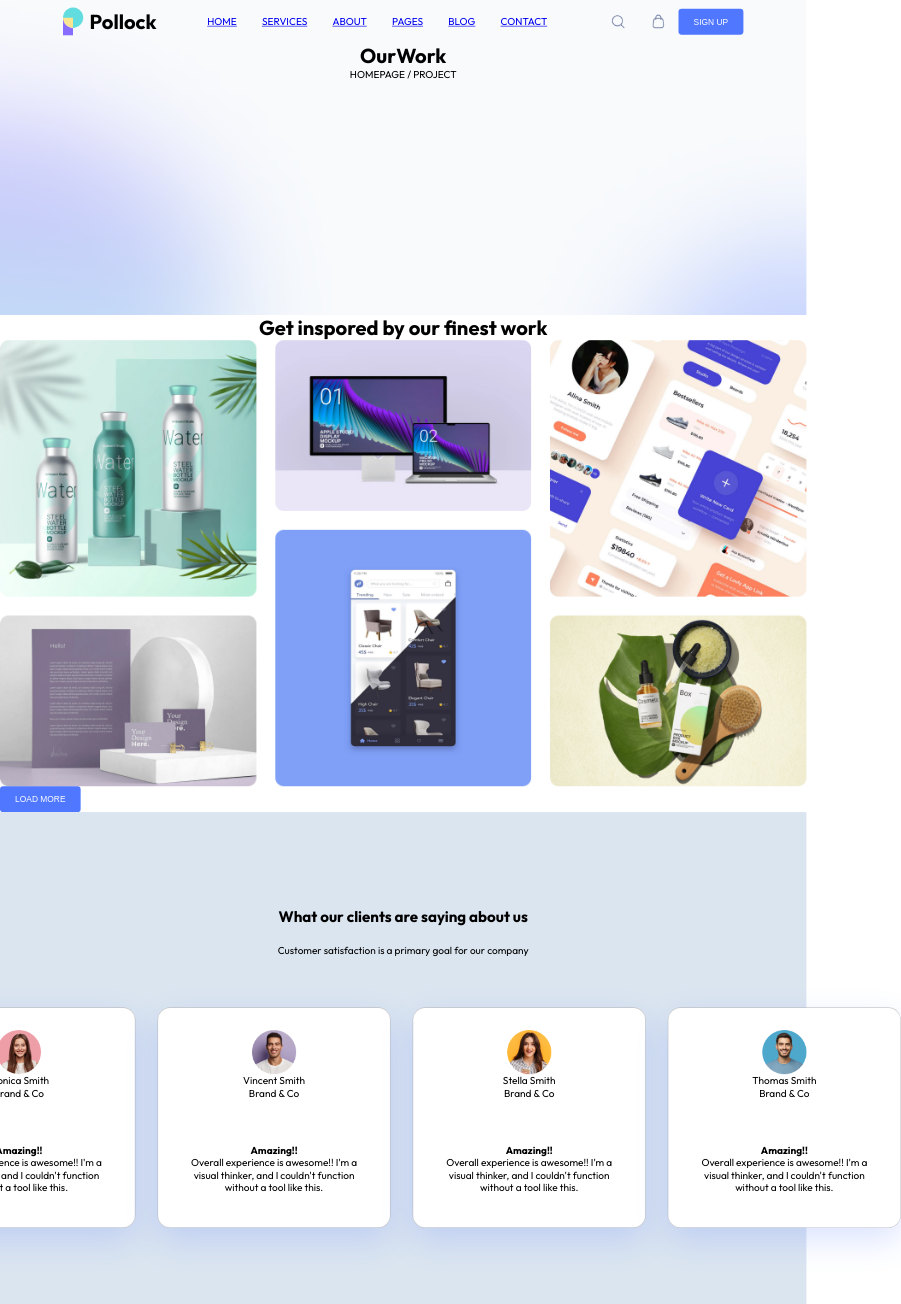
Repository: Nam936/exercises
Page: index.html
These files come from the project's save history. The page is drawn as it stood at one moment and after the next save; the edit follows.
The browser window is 1280 px wide. The page is 1430 px wide, so the pictures cover 1430 px, including what lies to the right of the window. The pictures show the whole page, at 63% of full size.

Above is the page before, as saved 2022-12-30 14:28:35.

After the next save:
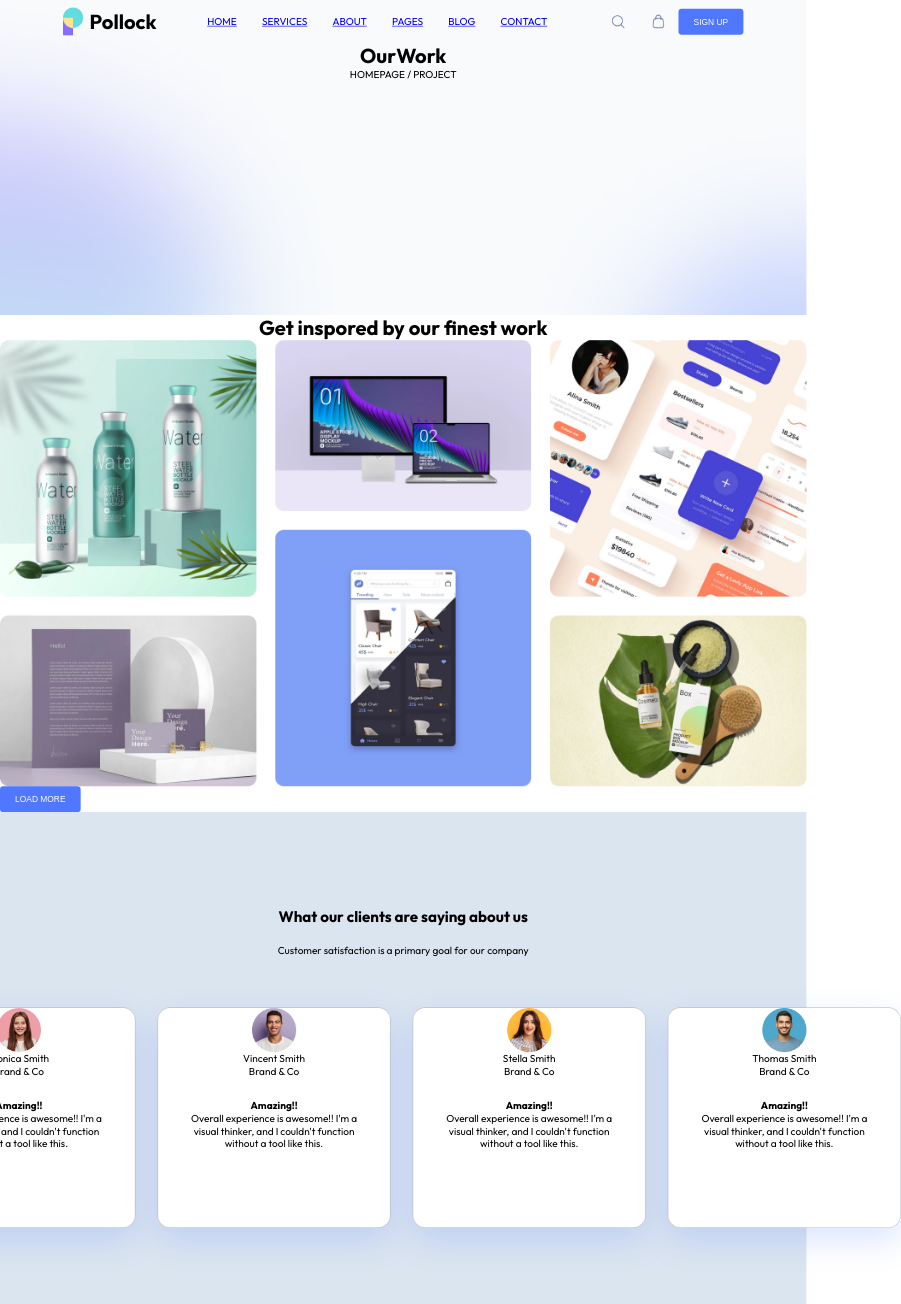
Saved 29 s later.
--- a/style.css
+++ b/style.css
@@ -55,5 +55,5 @@ h2{margin: 30px;}
 .slide{display: grid; grid-template-columns: 375px 375px 375px 375px ; justify-content: center; gap: 30px;}
 .tag{width: 370px; height: 350px; border: 1px solid rgba(0,0,0,0.2); border-radius: 20px; background: #fff;box-shadow: 0px 20px 50px rgba(79, 119, 255, 0.2); }
 .tag_avatar img{ width: 70px; height: 70px; margin: auto;}
-.tag_avatar{padding: 35px; text-align: center;}
+.tag_avatar{ text-align: center;}
 .txt{padding: 35px; text-align: center;}
